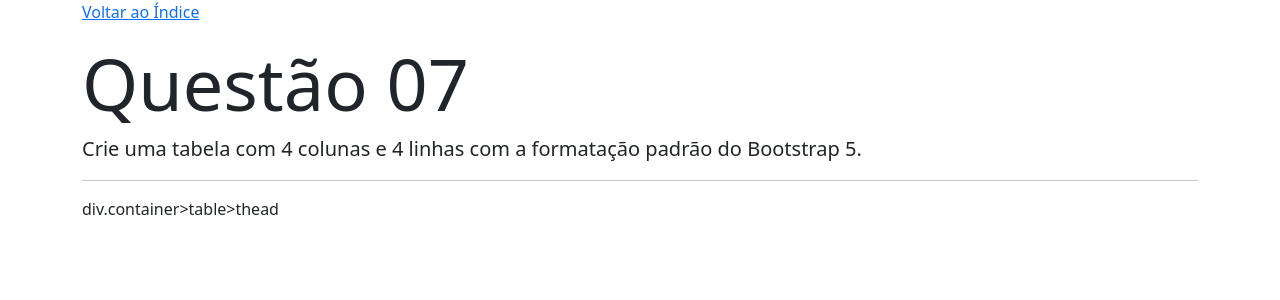
Repository: In-Game-full/Reprograme-se
Page: S-6-InicioBootstrap5/Atividade-pratica-da-semana-1-de-Bootstrap-5-In-Game-full/questao07.html
These files come from the project's save history. The page is drawn as it stood at one moment and after a run of saves; the edit follows.
The browser window is 1280 px wide. The pictures show the whole page.

Above is the page before, as saved 2023-08-28 21:51:17.

After the next 2 saves:
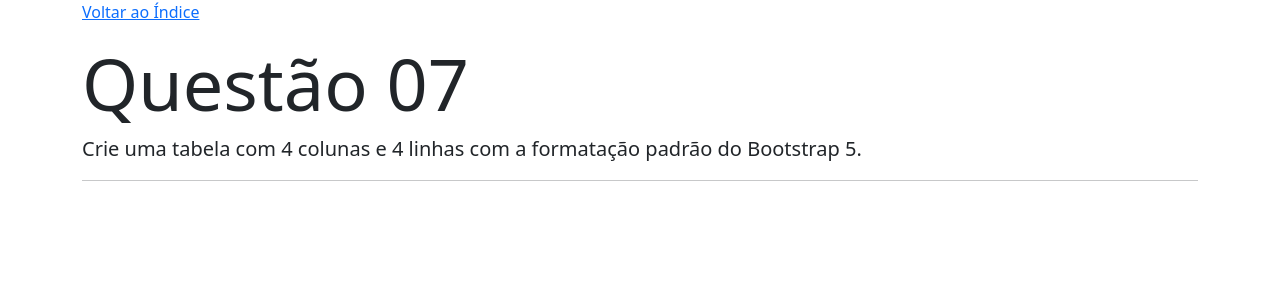
The 2 saves are shown as one change because they came seconds apart.
The last was saved 8 s later.
--- a/S-6-InicioBootstrap5/Atividade-pratica-da-semana-1-de-Bootstrap-5-In-Game-full/questao07.html
+++ b/S-6-InicioBootstrap5/Atividade-pratica-da-semana-1-de-Bootstrap-5-In-Game-full/questao07.html
@@ -19,7 +19,12 @@
         <hr>
         <!-- Valor: 1 ponto -->
         <!-- FAZER AQUI -->
-        div.container>table>thead
+        <div class="container">
+            <table>
+                <thead></thead>
+                <tb></tb>
+            </table>
+        </div>
     </div>
 </body>
 
